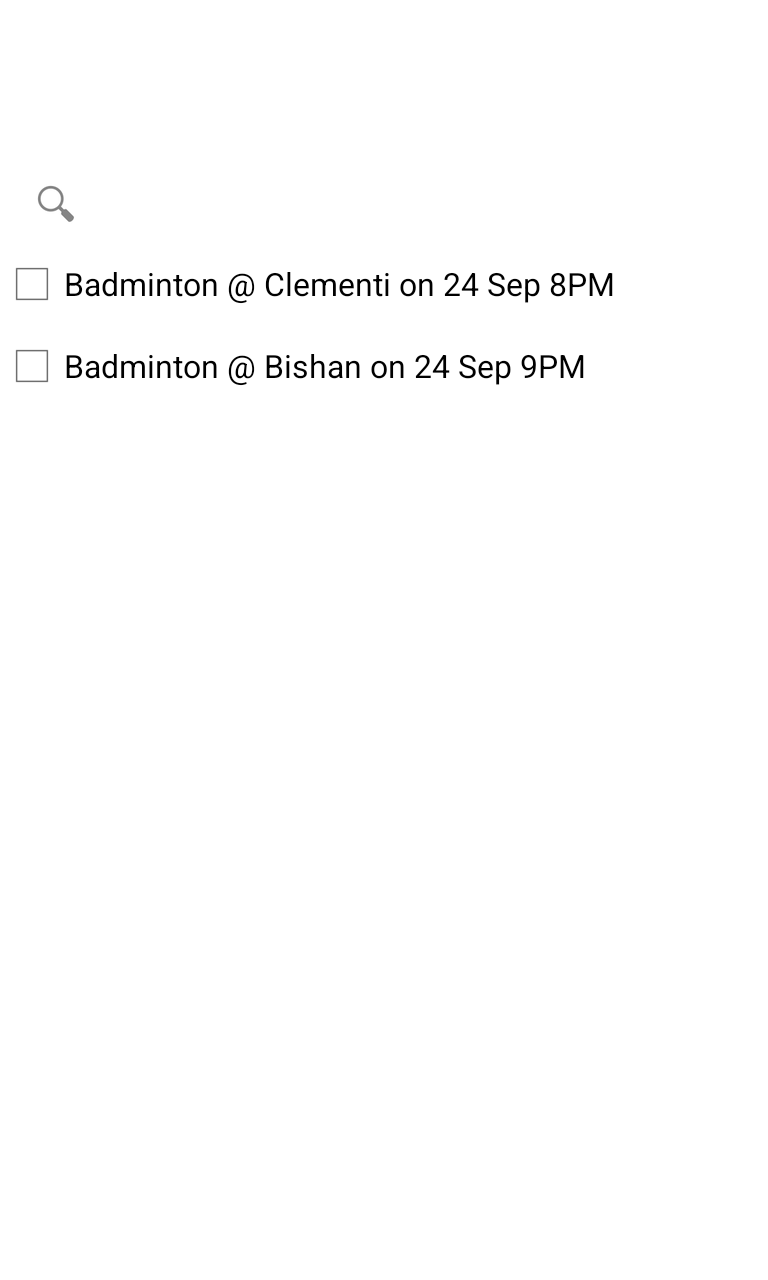
Repository: srikraj8341/srikanthrepo
Layout: android/MyFirstApp/res/layout/activity_games.xml
The author's editor kept a copy of each file at every save. The layout is drawn from the files as they stood at one save, then again after the next save.
It is drawn on a 768 x 1280 px phone screen (xhdpi) without system bars, with theme AppTheme; the app's code is not run.

Above is the layout before, as saved 2012-09-23 01:19:41.

After the next save:
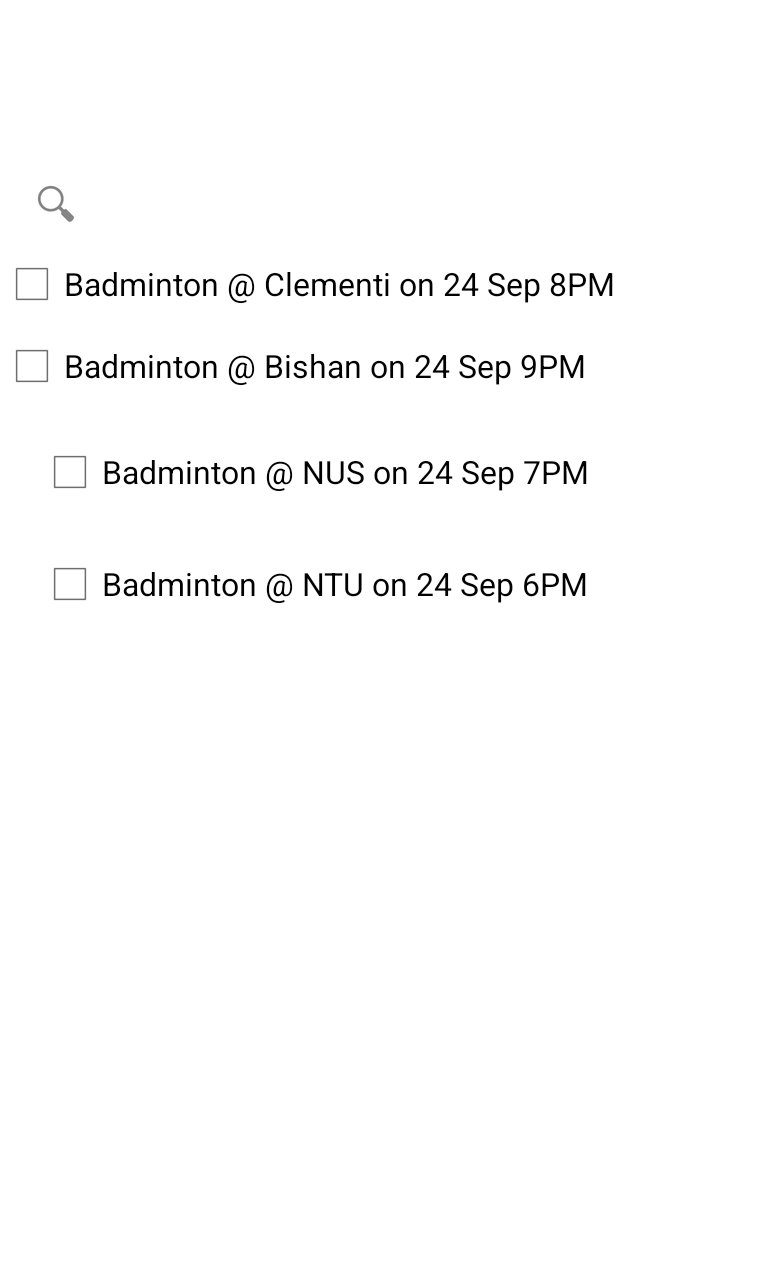
Saved 38 s later.
--- a/android/MyFirstApp/res/layout/activity_games.xml
+++ b/android/MyFirstApp/res/layout/activity_games.xml
@@ -35,4 +35,23 @@
         android:layout_below="@android:id/tabs"
         android:text="@string/Badminton2" />
 
+    <CheckBox
+        android:id="@+id/checkBox3"
+        android:layout_width="wrap_content"
+        android:layout_height="wrap_content"
+        android:layout_alignParentLeft="true"
+        android:layout_below="@+id/checkBox2"
+        android:layout_marginLeft="19dp"
+        android:layout_marginTop="21dp"
+        android:text="@string/Badminton3" />
+
+    <CheckBox
+        android:id="@+id/checkBox4"
+        android:layout_width="wrap_content"
+        android:layout_height="wrap_content"
+        android:layout_alignLeft="@+id/checkBox3"
+        android:layout_below="@+id/checkBox3"
+        android:layout_marginTop="24dp"
+        android:text="@string/Badminton4" />
+
 </RelativeLayout>
